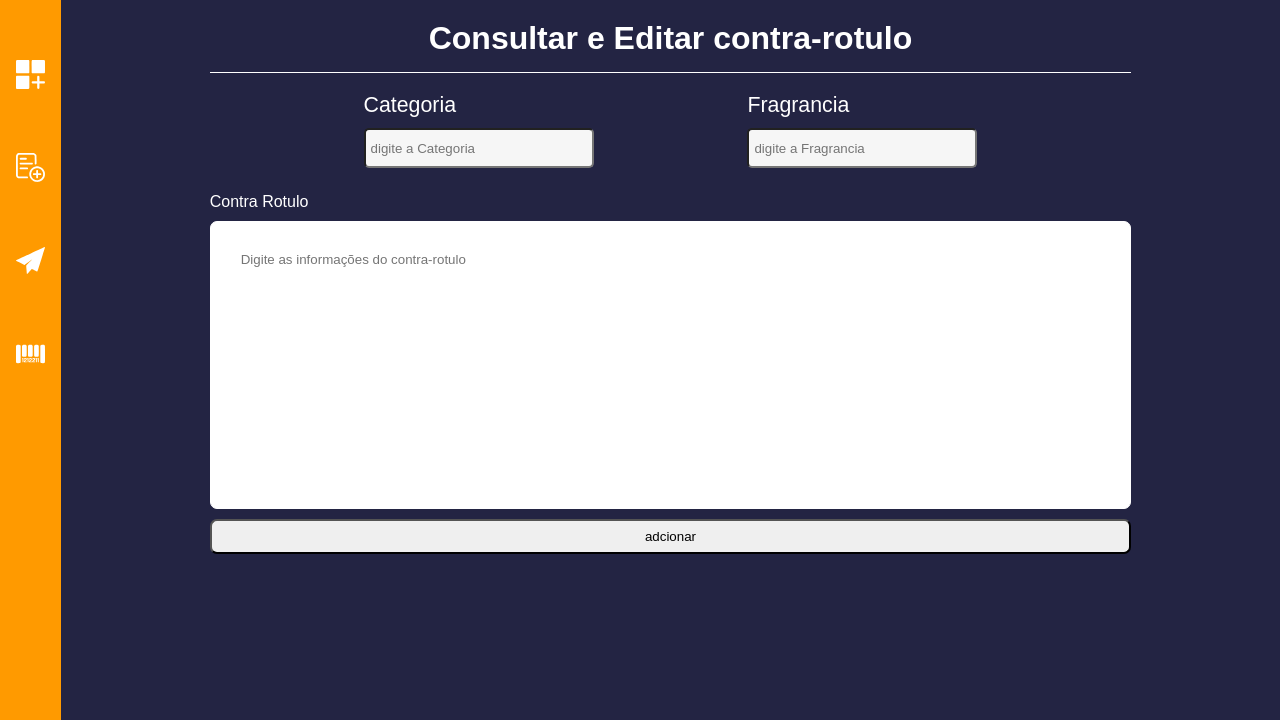
Repository: jeanjanrley/Organizador-de-rotulos
Page: /contra-rotulo
The author's editor kept a copy of each file at every save. The page is drawn from the files as they stood at one save, then again after the next save.
The browser window is 1280 px wide. The pictures show the whole page.
The project was rebuilt for these pictures with package versions that can differ from the ones it lists, and the page was loaded fresh each time. Also part of the build but not shown: src/pages/home/styles.scss, src/pages/home/Home.js, src/components/rotulo/style.scss, src/components/rotulo/index.js, src/pages/consultar/index.js, src/pages/fragrancia/styles.scss, src/pages/fragrancia/index.jsx, src/pages/categoria/styles.scss and 5 more.

Above is the page before, as saved 2021-06-27 18:31:06.

After the next save:
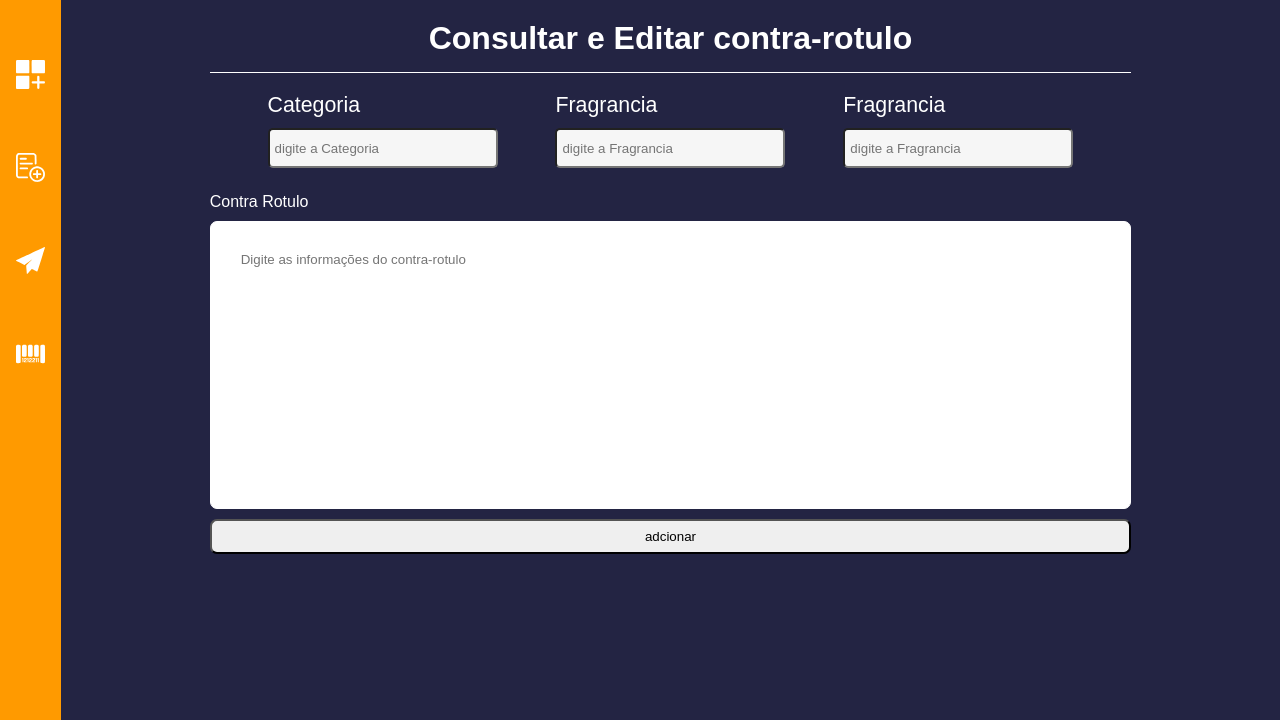
Saved 40 s later.
--- a/src/pages/contraRotulo/index.jsx
+++ b/src/pages/contraRotulo/index.jsx
@@ -33,6 +33,7 @@ export default function ContraRotulo(props){
                 <div className="filter-area">
                     <Filter setState={setCategoria} title="Categoria"/>
                     <Filter setState={setFragrancia} title="Fragrancia"/>
+                    <Filter setState={setFragrancia} title="Fragrancia"/>
                 </div>
 
                 <div className="contra-rotulo">
